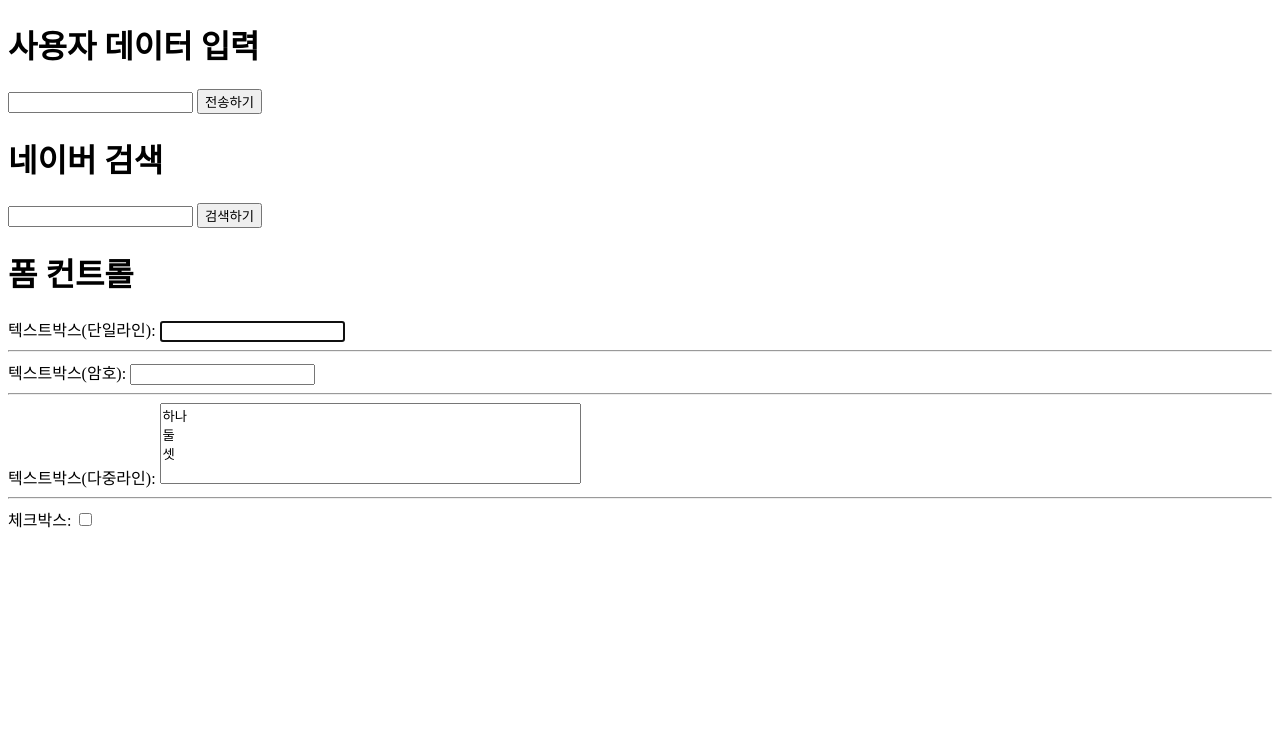
Repository: chanjin5212/Full-Stack-study
Page: client/ClientTest/src/main/webapp/html/ex18_form.html
An editor plug-in stored every save of this project. The page is shown before and after the next save, followed by the edit.
The browser window is 1280 px wide. The pictures show the whole page.

Above is the page before, as saved 2022-05-25 02:01:57.

After the next save:
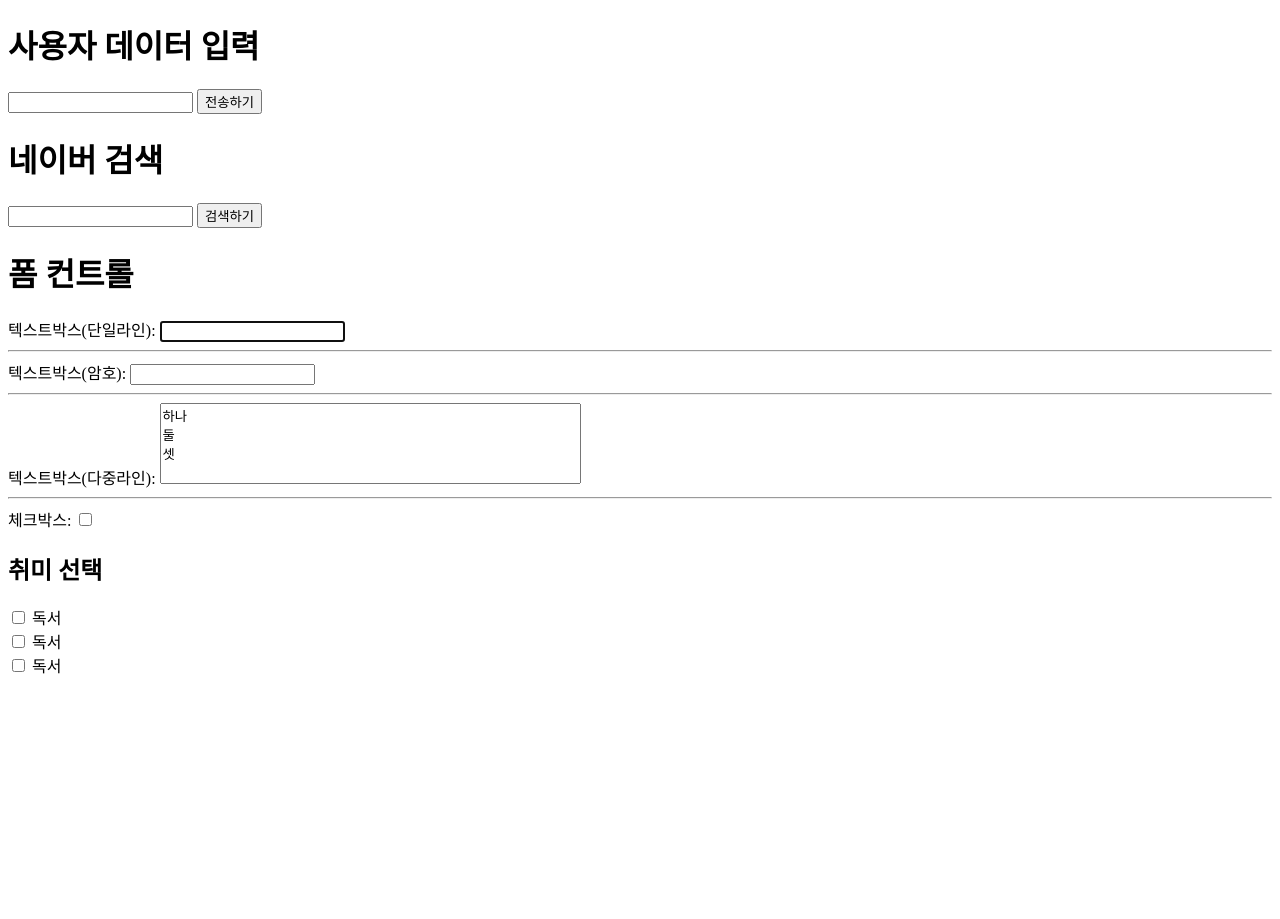
Saved 62 s later.
--- a/client/ClientTest/src/main/webapp/html/ex18_form.html
+++ b/client/ClientTest/src/main/webapp/html/ex18_form.html
@@ -117,7 +117,6 @@
 	<textarea cols="50" rows="5" style="resize: none;">하나
 둘
 셋</textarea>
-	</form>
 		<hr>
 
 		<!--
@@ -129,6 +128,12 @@
 		 체크박스:
 		 <input type="checkbox">
 
+		 <h2>취미 선택</h2>
+		 <input type="checkbox"> 독서<br>
+		 <input type="checkbox"> 독서<br>
+		 <input type="checkbox"> 독서<br>
+	</form>
+
 
 	<br><br><br><br><br><br><br><br><br><br><br><br><br>
 </body>
